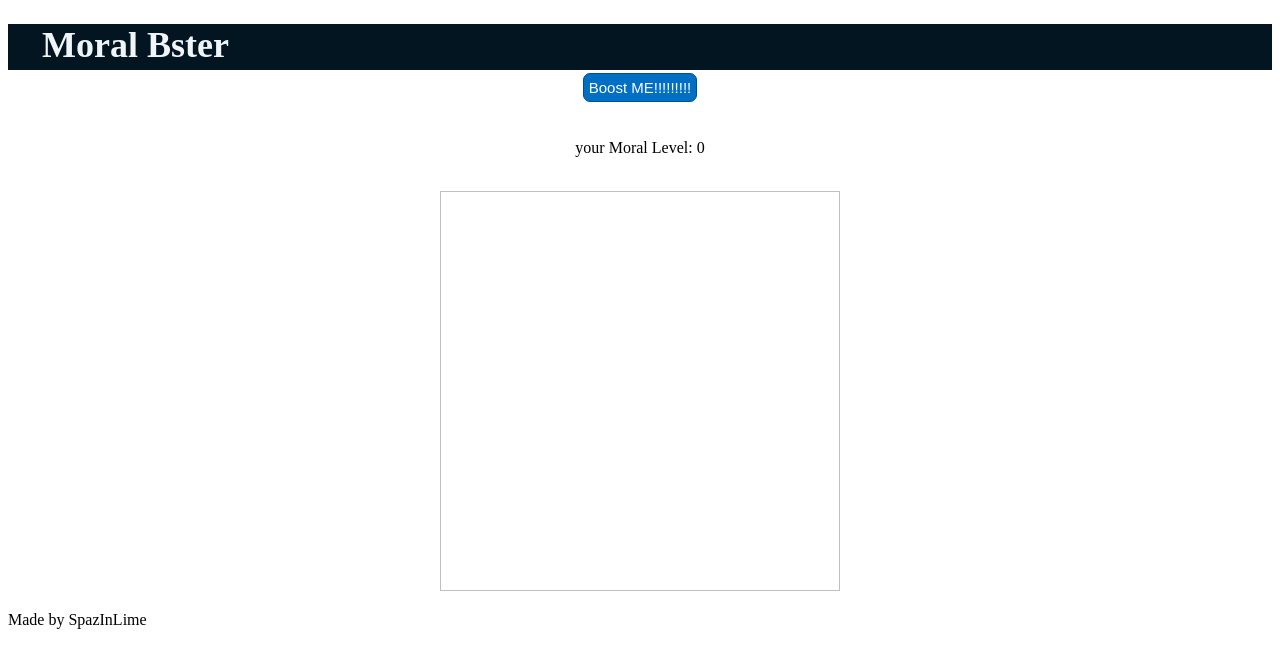
Repository: cxleb/cxleb.github.io
Page: jsapps/mrlbstr/index.html
The author's editor kept a record of every edit. The page is drawn from the files as they stood at one moment, then again after the next edit.
The browser window is 1280 px wide. The pictures show the whole page.

Above is the page before.

### jsapps/mrlbstr/index.html
<!DOCTYPE html>
<html>
	<head>
		<title>Moral Bster</title>
		<link rel="stylesheet" href="style.css" type="text/css" />
		<script type="text/javascript" src="paste.js"></script>
	</head>

	<body>
		<header>
        	<div class="header_div">
            	<h1>Moral Bster</h1>
            </div>
    	</header>


		<center>
			<button onclick="jsCall()" id="btn_Main">Boost ME!!!!!!!!!</button>
			<br/>
			<br/>
			<p id="Moral_level">your Moral Level: 0</p>
			<br/>
			<img style="border-size: 0px;" id="imgBox" width="400" height="400"/>
		</center>
	</body>
	<footer>
		<p>Made by SpazInLime</p>
	</footer>
</html>

### jsapps/mrlbstr/style.css
*{
    background-color: 0;
}
button[id="btn_Main"]{
    background-color: #006fc4;
    border: 1px solid #00508d;
    font-size: 15px;
    color: white;
    padding: 5px;
    margin-bottom: 3px;
    margin-top: 3px;
    border-radius: 7px;
}
.header_div{
    padding-left: 0px;
    padding-right: 0px;
    border-bottom: 0px;
    width: 100%;
    height: 46px;
    background-color: #031520;
}
h1{
    font-size: 36px;
    padding-left: 34px;
    color: #eff5f9;
}

### jsapps/mrlbstr/paste.js
var Moral = 0;
var infinite = false;
const links =["http://i.imgur.com/UUDMs3Z.gif",
	"http://www.gifwave.com/media/21631_eye-roll.gif",
	"http://i.kinja-img.com/gawker-media/image/upload/s--B1fba4Fs--/c_fit,fl_progressive,q_80,w_636/17k6loie478ejgif.gif",
	"http://cdn.funnyhub.com/2015/feb/bas/Funny-Pictures/funny-middle-finger-old-lady.gif",
	"http://www.funnfun.in/wp-content/uploads/2013/11/ugly-man-funny-gif.gif",
	"http://cdn.funnyhub.com/2015/feb/bas/Funny-Pictures/funny-licking.gif",
	"https://omitlimitation.files.wordpress.com/2014/06/funny-gifs-the-perfect-loop.gif",
	"http://31.media.tumblr.com/5954007035c15f66c6b23f8700357436/tumblr_mmnizoNfFS1spbth3o1_400.gif",
	"http://www.sharegif.com/wp-content/uploads/2014/04/idgaffunny-gifreaction-gifbarack-obama.gif",
	"https://33.media.tumblr.com/cf60fcfee68ced54ec45eef5983ef056/tumblr_ncio86iqb71th9iiyo1_500.gif"];


function jsCall(){
	var num = getRandomInt(0, links.length);
	console.log(num);
	document.getElementById("imgBox").src=links[num];
	document.getElementById("Moral_level").innerHTML="your Moral Level: "+Moral;
}

function dispMoral(){
	Moral += 1;
	document.getElementById("Moral_level").innerHTML="your Moral Level: "+Moral;
	while(infinite){
		Moral += 1;
		document.getElementById("Moral_level").innerHTML="your Moral Level: "+Moral
	}
}

function wait(ms){
	var t = 0;
	while(t < ms*100){
		t += 1;
	}
}


function getRandomInt(min, max) {
    return Math.floor(Math.random() * (max - min + 1)) + min;
}

After the next edit:
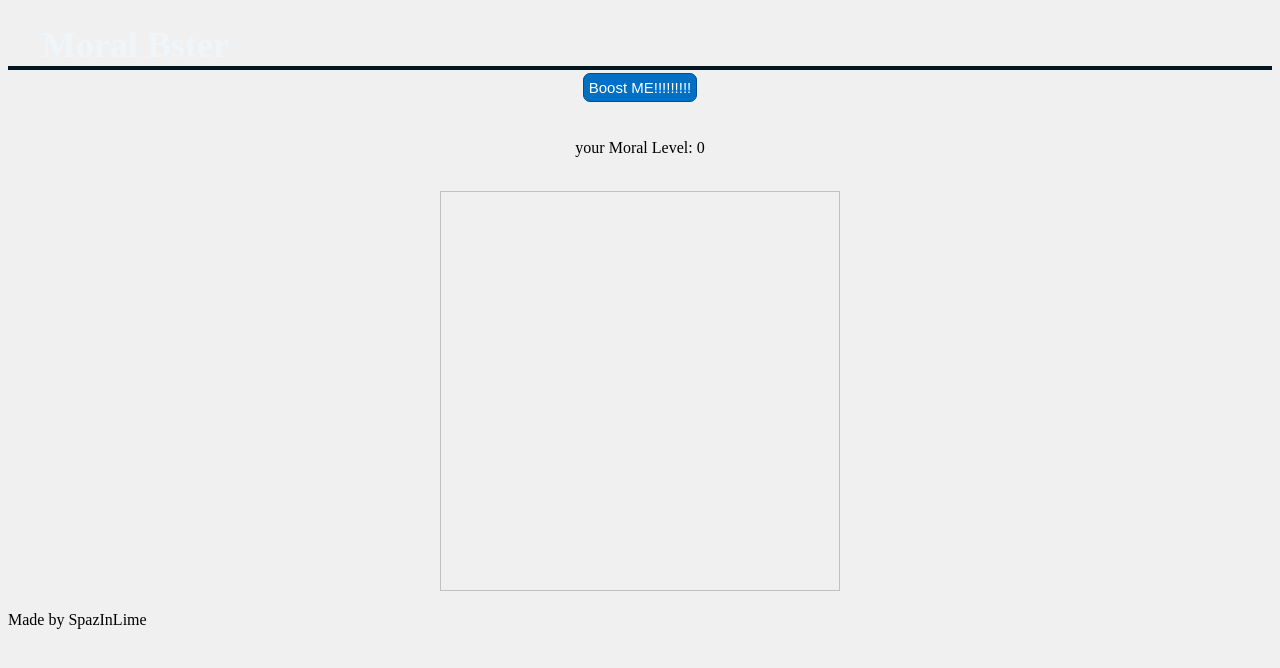
The edit:
--- a/jsapps/mrlbstr/style.css
+++ b/jsapps/mrlbstr/style.css
@@ -1,5 +1,5 @@
 *{
-    background-color: 0;
+    background-color: #F0F0F0;
 }
 button[id="btn_Main"]{
     background-color: #006fc4;
